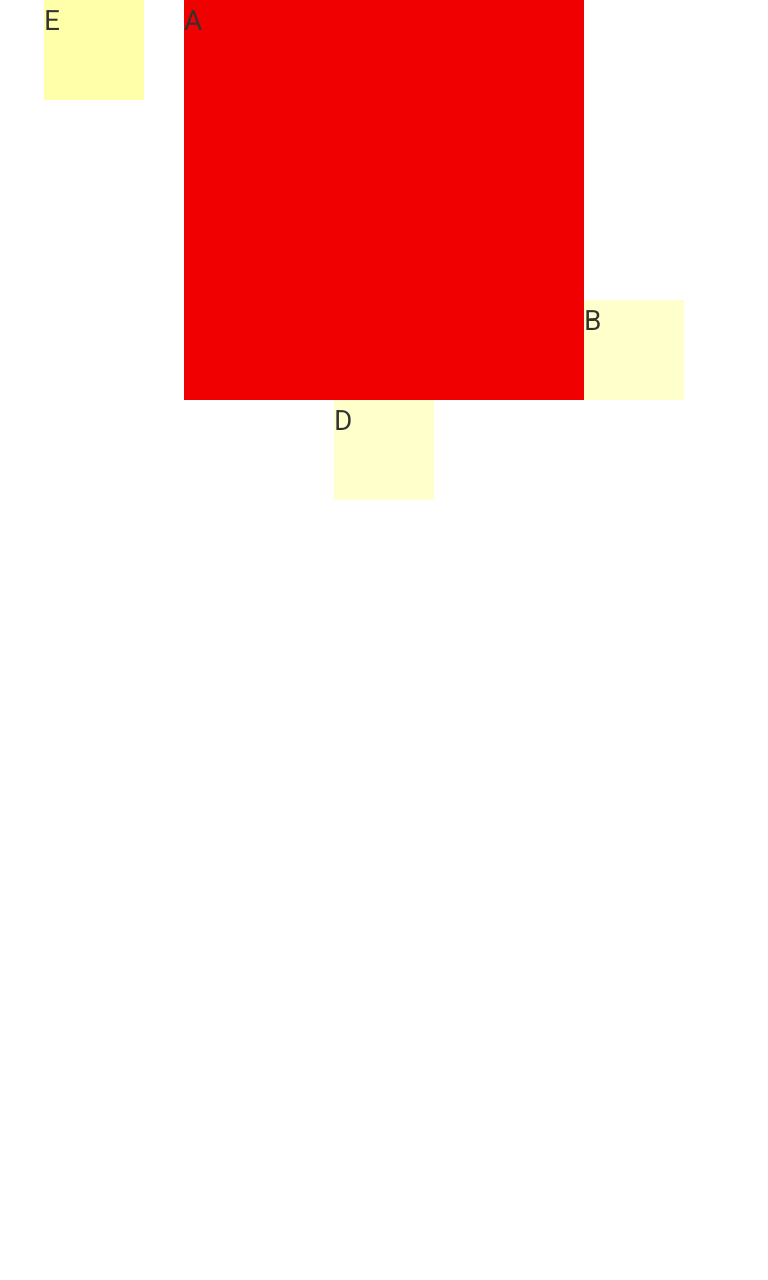
Repository: ablanchard/formation-android
Layout: Bonus/res/layout/fragment_main.xml
The author's editor kept a copy of each file at every save. The layout is drawn from the files as they stood at one save, then again after the next save.
It is drawn on a 768 x 1280 px phone screen (xhdpi) without system bars, with theme AppTheme; the app's code is not run.

Above is the layout before, as saved 2014-04-29 09:51:31.

### Bonus/res/layout/fragment_main.xml
<RelativeLayout xmlns:android="http://schemas.android.com/apk/res/android"
    xmlns:tools="http://schemas.android.com/tools"
    android:layout_width="match_parent"
    android:layout_height="match_parent"
    tools:context="com.example.bonus.MainActivity$PlaceholderFragment" >


    <TextView
        android:layout_width="50dp"
        android:layout_height="50dp"
        android:text="E"
        android:layout_marginRight="20dp"
        android:background="#FFFFFFAA"
        android:layout_toLeftOf="@+id/A"
        android:layout_alignParentTop="true"
        android:id="@+id/E"/>

     <TextView
        android:layout_width="200dp"
        android:layout_height="200dp"
        android:text="A"
        android:id="@+id/A"
        android:background="#FFF00000"
        android:layout_centerHorizontal="true"
        android:layout_alignParentTop="true"/>

     <TextView
        android:layout_width="50dp"
        android:layout_height="50dp"
        android:text="D"
        android:id="@+id/D"
        android:background="#FFFFFFCC"
        android:layout_centerHorizontal="true"
        android:layout_below="@+id/A"/>
     <TextView
        android:layout_width="50dp"
        android:layout_height="50dp"
        android:text="B"
        android:id="@+id/B"
        android:background="#FFFFFFCC"
        android:layout_toRightOf="@+id/A"
        android:layout_alignBottom="@+id/A"/>


</RelativeLayout>

Loaded but not shown: Bonus/res/values/styles.xml (common file); Bonus/res/values-v11/styles.xml (common file); Bonus/res/values-v14/styles.xml (common file)

After the next save:
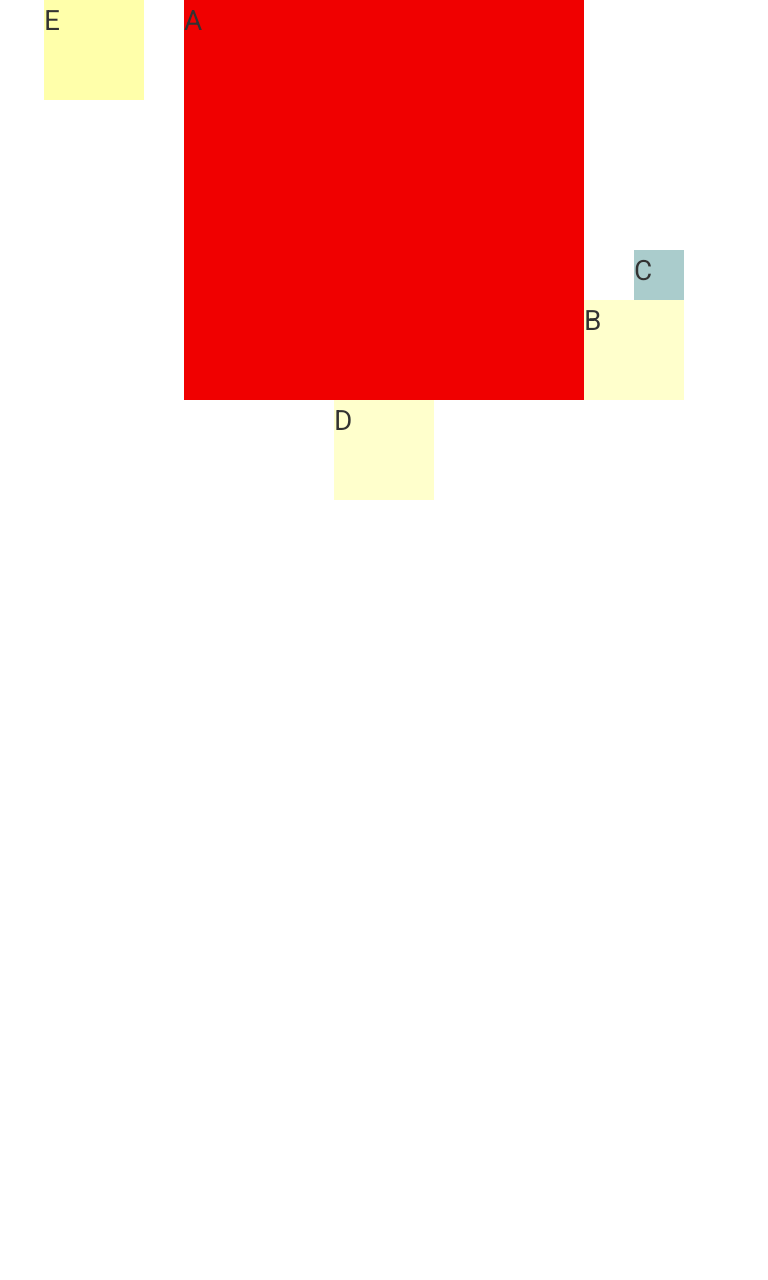
Saved 62 s later.
--- a/Bonus/res/layout/fragment_main.xml
+++ b/Bonus/res/layout/fragment_main.xml
@@ -41,5 +41,14 @@
         android:layout_toRightOf="@+id/A"
         android:layout_alignBottom="@+id/A"/>
 
+     <TextView
+        android:layout_width="25dp"
+        android:layout_height="25dp"
+        android:text="C"
+        android:id="@+id/C"
+        android:background="#FFAACCCC"
+        android:layout_above="@+id/B"
+        android:layout_alignRight="@+id/B"/>
+
 
 </RelativeLayout>
